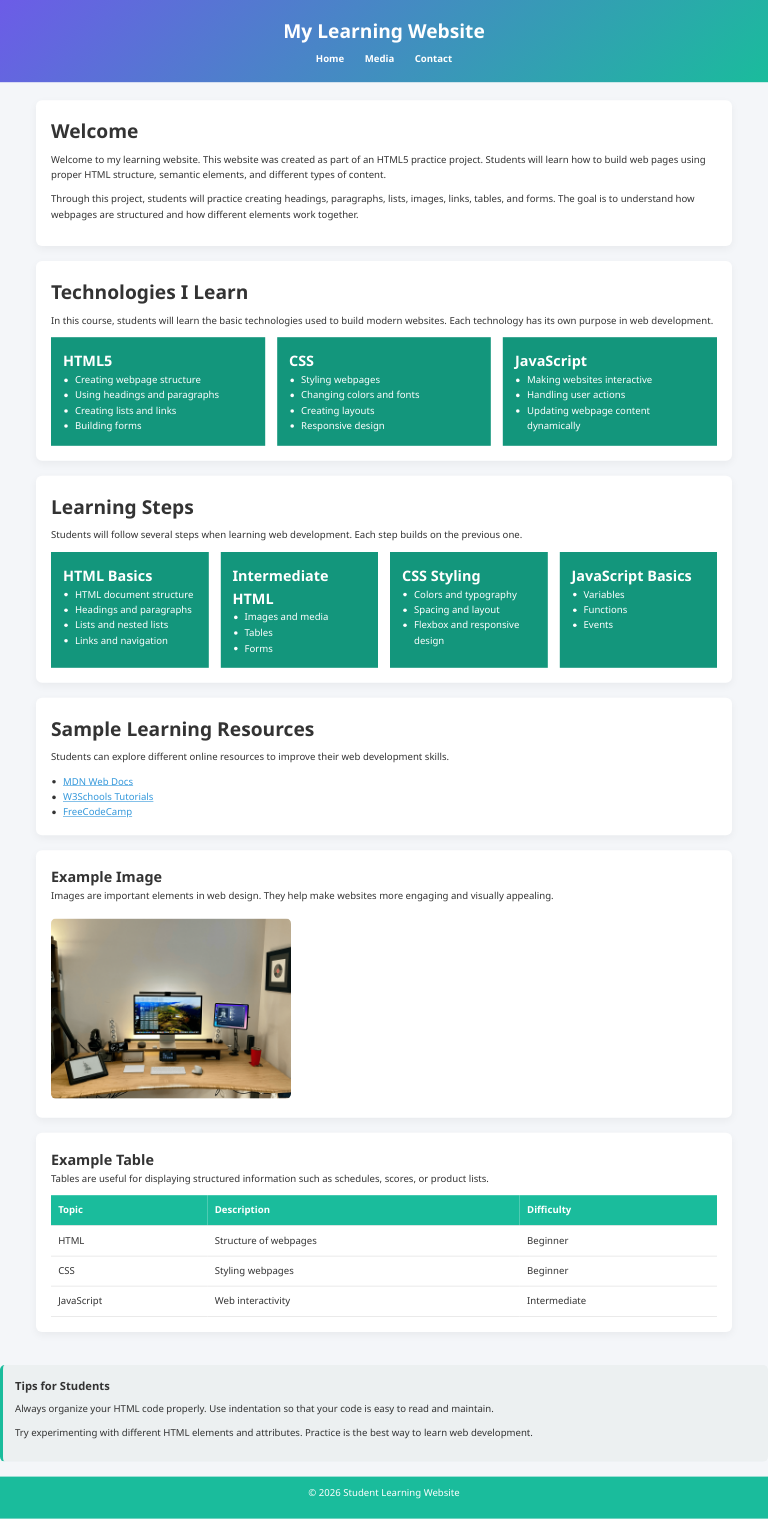
Repository: Than-sothearak/web_client_programing
Page: Week_03/index.html
These files come from the project's save history. The page is drawn as it stood at one moment and after the next save; the edit follows.
The browser window is 1280 px wide. The pictures show the whole page, at 60% of full size.

Above is the page before, as saved 2026-03-24 21:37:16.

### Week_03/index.html
<!DOCTYPE html>
<html lang="en">
<head>
  <meta charset="UTF-8">
  <meta name="viewport" content="width=device-width, initial-scale=1.0">
  <title>Week 3</title>
  <link rel="stylesheet" href="styles.css" />
</head>
<body>
    <header>
      <h1>My Learning Website</h1>

      <nav>
        <ul>
          <li><a href="index.html">Home</a></li>
          <li><a href="gallery.html">Media</a></li>
          <li><a href="contact.html">Contact</a></li>
        </ul>
      </nav>
    </header>

    <main>
      <section>
        <article>
          <h1>Welcome</h1>

          <p>
            Welcome to my learning website. This website was created as part of
            an HTML5 practice project. Students will learn how to build web
            pages using proper HTML structure, semantic elements, and different
            types of content.
          </p>

          <p>
            Through this project, students will practice creating headings,
            paragraphs, lists, images, links, tables, and forms. The goal is to
            understand how webpages are structured and how different elements
            work together.
          </p>
        </article>
      </section>

      <section>
        <h1>Technologies I Learn</h1>

        <p>
          In this course, students will learn the basic technologies used to
          build modern websites. Each technology has its own purpose in web
          development.
        </p>

        <ul class="card-container">
          <li class="card">
            <h2>HTML5</h2>
            <ul>
              <li>Creating webpage structure</li>
              <li>Using headings and paragraphs</li>
              <li>Creating lists and links</li>
              <li>Building forms</li>
            </ul>
          </li>

          <li class="card">
            <h2>CSS</h2>
            <ul>
              <li>Styling webpages</li>
              <li>Changing colors and fonts</li>
              <li>Creating layouts</li>
              <li>Responsive design</li>
            </ul>
          </li>

          <li class="card">
            <h2>JavaScript</h2>
            <ul>
              <li>Making websites interactive</li>
              <li>Handling user actions</li>
              <li>Updating webpage content dynamically</li>
            </ul>
          </li>
        </ul>
      </section>

      <section>
        <h1>Learning Steps</h1>

        <p>
          Students will follow several steps when learning web development. Each
          step builds on the previous one.
        </p>

        <ol class="card-container">
          <li class="card">
            <h2>HTML Basics</h2>
            <ul>
              <li>HTML document structure</li>
              <li>Headings and paragraphs</li>
              <li>Lists and nested lists</li>
              <li>Links and navigation</li>
            </ul>
          </li>

          <li class="card">
           <h2>Intermediate HTML</h2>
            <ul>
              <li>Images and media</li>
              <li>Tables</li>
              <li>Forms</li>
            </ul>
          </li>

          <li class="card">
            <h2>CSS Styling</h2>
            <ul>
              <li>Colors and typography</li>
              <li>Spacing and layout</li>
              <li>Flexbox and responsive design</li>
            </ul>
          </li>

          <li class="card">
            <h2>JavaScript Basics</h2>
            <ul>
              <li>Variables</li>
              <li>Functions</li>
              <li>Events</li>
            </ul>
          </li>
        </ol>
      </section>

      <section>
        <h1>Sample Learning Resources</h1>

        <p>
          Students can explore different online resources to improve their web
          development skills.
        </p>

        <ul>
          <li>
            <a href="https://developer.mozilla.org" target="_blank">
              MDN Web Docs
            </a>
          </li>

          <li>
            <a href="https://www.w3schools.com" target="_blank">
              W3Schools Tutorials
            </a>
          </li>

          <li>
            <a href="https://www.freecodecamp.org" target="_blank">
              FreeCodeCamp
            </a>
          </li>
        </ul>
      </section>

      <section>
        <h2>Example Image</h2>

        <p>
          Images are important elements in web design. They help make websites
          more engaging and visually appealing.
        </p>

        <img src="../images/computer.png" alt="Computer setup" width="400" />
      </section>

      <section>
        <h2>Example Table</h2>

        <p>
          Tables are useful for displaying structured information such as
          schedules, scores, or product lists.
        </p>

        <table>
          <tr>
            <th>Topic</th>
            <th>Description</th>
            <th>Difficulty</th>
          </tr>

          <tr>
            <td>HTML</td>
            <td>Structure of webpages</td>
            <td>Beginner</td>
          </tr>

          <tr>
            <td>CSS</td>
            <td>Styling webpages</td>
            <td>Beginner</td>
          </tr>

          <tr>
            <td>JavaScript</td>
            <td>Web interactivity</td>
            <td>Intermediate</td>
          </tr>
        </table>
      </section>


    </main>
  <aside>
        <h3>Tips for Students</h3>

        <p>
          Always organize your HTML code properly. Use indentation so that your
          code is easy to read and maintain.
        </p>

        <p>
          Try experimenting with different HTML elements and attributes.
          Practice is the best way to learn web development.
        </p>
      </aside>
    <footer>
      <p>© 2026 Student Learning Website</p>
    </footer>
  </body>
</html>

### Week_03/styles.css
/* Reset basic spacing */

/* Reset */

* {
  margin: 0;
  padding: 0;
  box-sizing: border-box;
}

/* Body */

body {
  font-family: "Segoe UI", Arial, sans-serif;
  background: #f4f6f9;
  color: #333;
  line-height: 1.6;
}

/* Header */

header {
  background: linear-gradient(135deg, #6c5ce7, #1abc9c);
  color: white;
  padding: 25px 20px;
  text-align: center;
}

/* Navigation */

nav ul {
  list-style: none;
  margin-top: 10px;
}

nav ul li {
  display: inline-block;
  margin: 0 15px;
}

nav a {
  color: white;
  text-decoration: none;
  font-weight: 600;
  transition: 0.3s;
}

nav a:hover {
  color: #1abc9c;
}

/* Main container */

main {
  max-width: 1200px;
  margin: auto;
  padding: 30px 20px;
}

/* Section cards */

section {
  background: white;
  padding: 25px;
  margin-bottom: 25px;
  border-radius: 10px;
  box-shadow: 0 5px 15px rgba(0, 0, 0, 0.05);
}

/* Headings */

h1 {
  font-size: 32px;
  margin-bottom: 10px;
}

h3 {
  margin-bottom: 10px;
}

/* Paragraph */

p {
  margin-bottom: 15px;
}

/* Lists */

.card-container {
  display: flex;
  gap: 20px;
  list-style: none;
}

.card-container li {
  margin-left: 0px;
}

.card {
  padding: 20px;
  color: white;
  width: 100%;
  background-color: #13967c;
}
.card li {
  margin-left: 20px;
}

li {
  margin-left: 20px;
  list-style: disc;
}

/* Links */

a {
  color: #3498db;
}

a:hover {
  text-decoration: underline;
}

/* Image styling */

img {
  max-width: 100%;
  height: auto;
  border-radius: 8px;
  margin-top: 10px;
}

/* Table */

table {
  width: 100%;
  border-collapse: collapse;
  margin-top: 10px;
}

th,
td {
  padding: 12px;
  text-align: left;
  border-bottom: 1px solid #ddd;
}

th {
  background: #1abc9c;
  color: white;
}

tr:hover {
  background: #f1f1f1;
}

/* Aside */

aside {
  background: #ecf0f1;
  padding: 20px;
  border-left: 5px solid #1abc9c;
  border-radius: 8px;
  margin-bottom: 25px;
}

/* Footer */

footer {
  text-align: center;
  background: #1abc9c;
  color: white;
  padding: 15px;
  margin-top: 20px;
}

/* Responsive Design */

@media (max-width: 768px) {
  nav ul li {
    display: block;
    margin: 10px 0;
  }

  main {
    padding: 20px 15px;
  }

  h1 {
    font-size: 26px;
  }
}

.images-gallery {
  width: 100%;
  display: flex;
  flex-wrap: wrap;
  gap: 20px;
}

.images-gallery figure {
  flex: 1 1 calc(50% - 20px);
}

.images-gallery img {
  width: 100%;
  height: auto;
}

figcaption {
  margin-top: 8px;
  font-size: 14px;
  color: #555;
}

@media (max-width: 768px) {
  .images-gallery {
    flex-direction: column;
    align-items: center;
  }
}

After the next save:
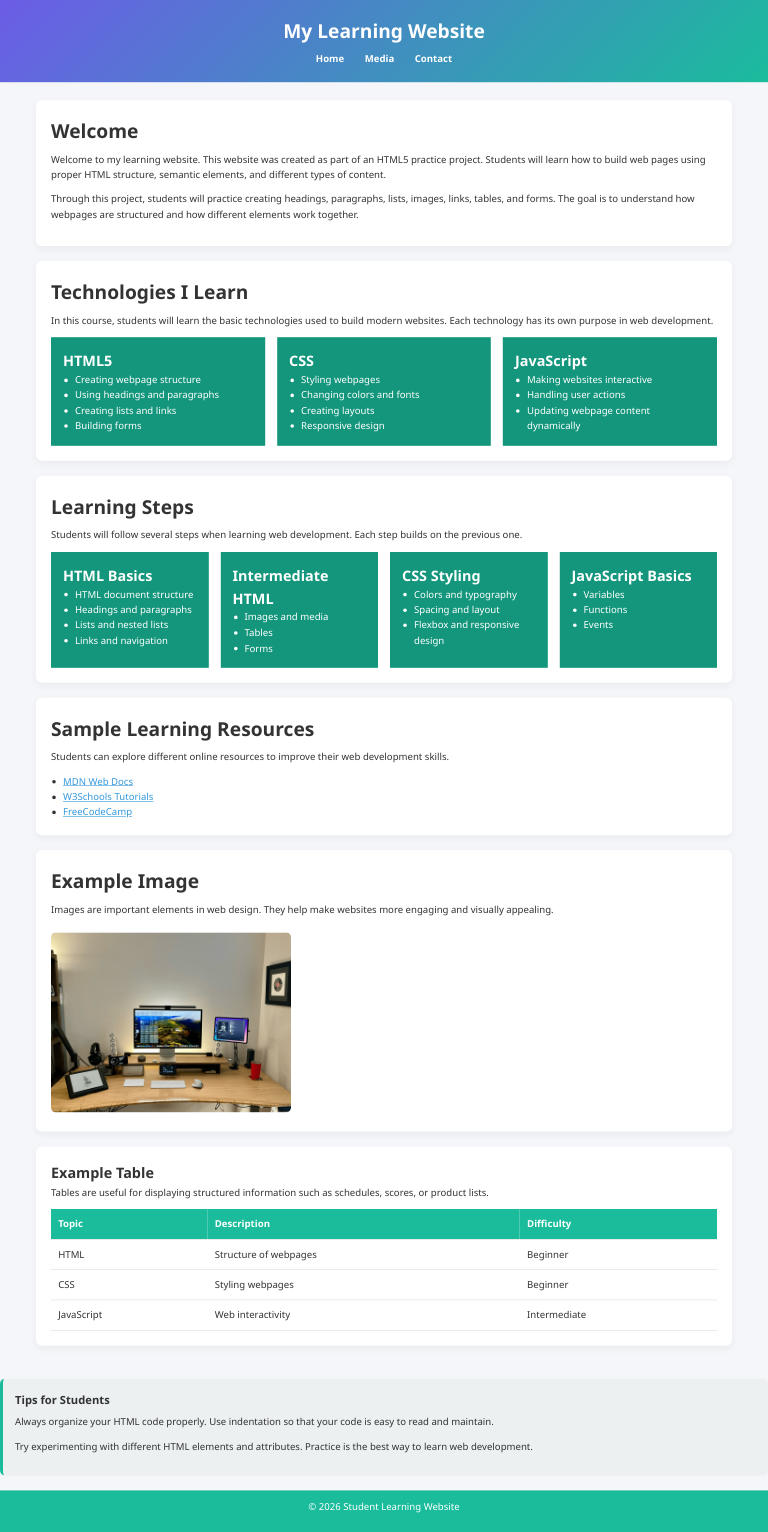
Saved 4 s later.
--- a/Week_03/index.html
+++ b/Week_03/index.html
@@ -159,7 +159,7 @@
       </section>
 
       <section>
-        <h2>Example Image</h2>
+        <h1>Example Image</h1>
 
         <p>
           Images are important elements in web design. They help make websites
